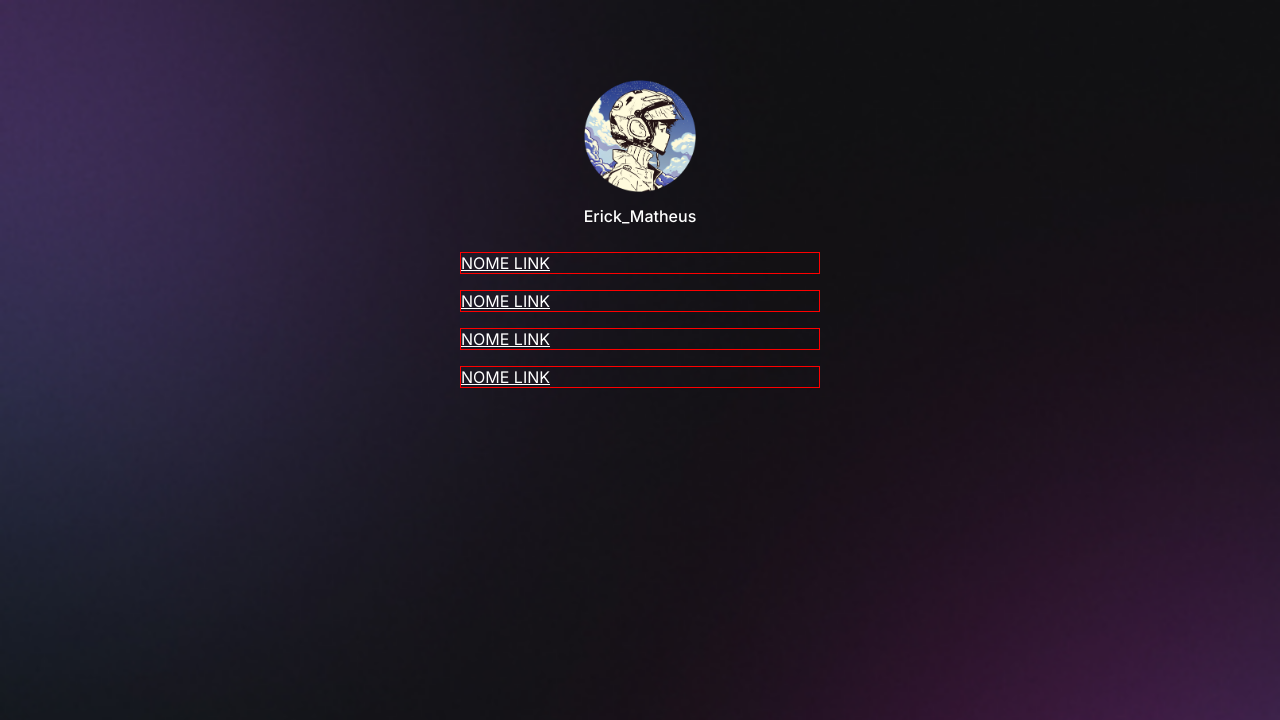
Repository: e-rickmatheus/project_dev_links
Page: index.html
The author's editor kept a copy of each file at every save. The page is drawn from the files as they stood at one save, then again after the next save.
The browser window is 1280 px wide. The pictures show the whole page.

Above is the page before, as saved 2025-04-02 20:42:03.

### index.html
<!DOCTYPE html>
<html lang="pt-BR">
<head>

<link rel="preconnect" href="https://fonts.googleapis.com">
<link rel="preconnect" href="https://fonts.gstatic.com" crossorigin>
<link href="https://fonts.googleapis.com/css2?family=Inter:wght@400;500&display=swap" rel="stylesheet">
  <meta charset="UTF-8">
  <meta name="viewport" content="width=device-width, initial-scale=1.0">
  <title>DEV.Links</title>
  <link rel="stylesheet" href="./style.css">
  <a></a>
</head>
<body>

  <div id="container">
    <div id="profile">
      <img id="avatar" src="./assets/avatar-pilot-day.png" alt="avatar-light">
      <p>Erick_Matheus</p>
    </div>
  <ul>
    <li>
      <a href="#" target="_blank">NOME LINK</a>
    </li>
    <li>
        <a href="#" target="_blank">NOME LINK</a>
    </li>
    <li>
        <a href="#" target="_blank">NOME LINK</a>
    </li>
    <li>
        <a href="#" target="_blank">NOME LINK</a>
    </li>
  </ul>
  </div>


</body>
</html>

### style.css
* {  /* *: todos os elementos */
  margin: 0;
  padding: 0;
  box-sizing: border-box; /* border-box: altura e largura do elemento é o mesmo que o tamanho definido */
}

body { /* body: corpo do documento */
  /*
  background-image: url(./assets/bg-mobile.jpg);
  background-repeat: no-repeat;
  background-position: top center;
  background-size: cover;
  */


  background: url(./assets/bg-mobile.jpg) no-repeat top center/cover;
  /* background: cor imagem repetição posição/tamanho */
}

body * { /* todos os elementos dentro do body */
  font-family: 'Inter', sans-serif;
  color: #ffffff

}

#container {
  width:  360px;
  margin: 56px auto 0px;
  display: block;
}

#profile {
  text-align: center;
  padding: 24px;
}

#profile img {
  width: 112px;
}

#profile p {
  font-weight: 500;
  line-height: 24px;
  margin-top: 8px;
}





/*links*/
ul {
  list-style: none;
  display: flex;
  flex-direction: column;
  gap: 16px
}

ul li a {
  display: flex;
  border: 1px solid red;
}

After the next save:
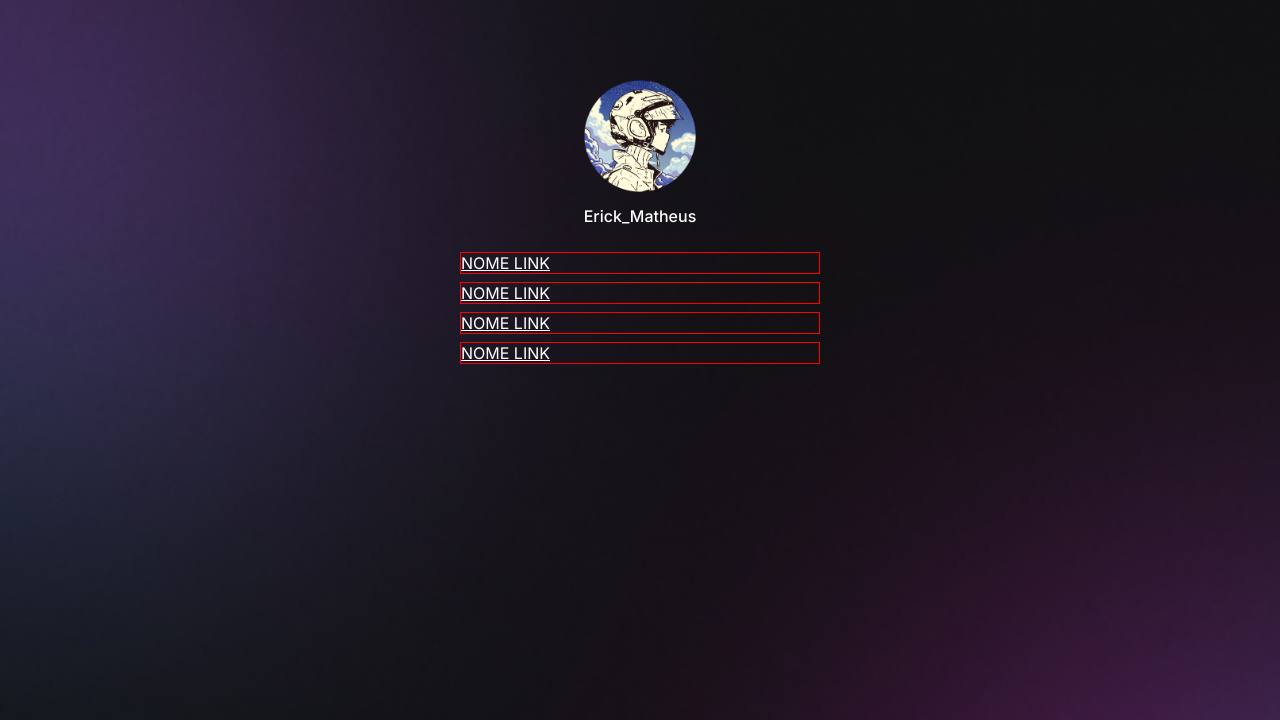
Saved 20 s later.
--- a/style.css
+++ b/style.css
@@ -53,7 +53,7 @@ ul {
   list-style: none;
   display: flex;
   flex-direction: column;
-  gap: 16px
+  gap: 8px
 }
 
 ul li a {
